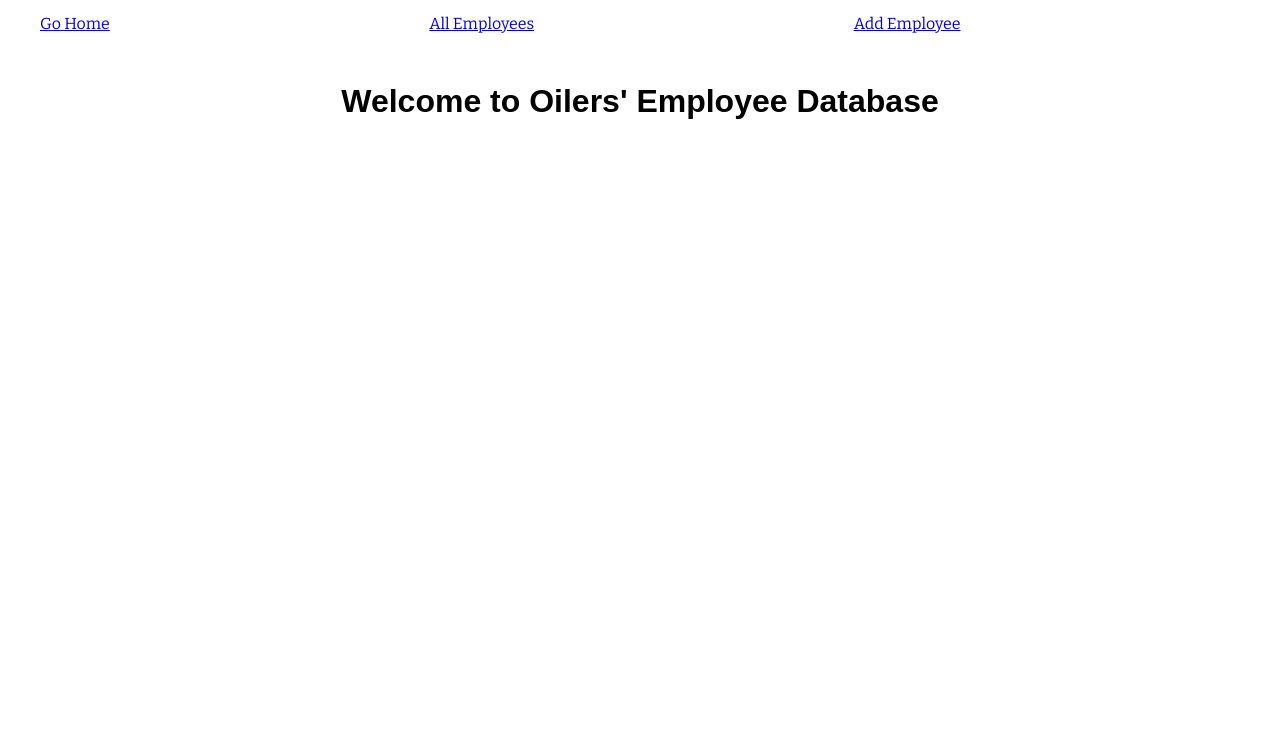
Repository: rh1456/employee-directory
Page: /
An editor plug-in stored every save of this project. The page is shown before and after the next save, followed by the edit.
The browser window is 1280 px wide. The pictures show the whole page.
The project was rebuilt for these pictures with package versions that can differ from the ones it lists, and the page was loaded fresh each time. Also part of the build but not shown: src/pages/AddEmployee.jsx, src/pages/SingleEmployee.jsx, src/pages/AllEmployees.jsx.

Above is the page before, as saved 2019-12-08 18:23:05.

After the next save:
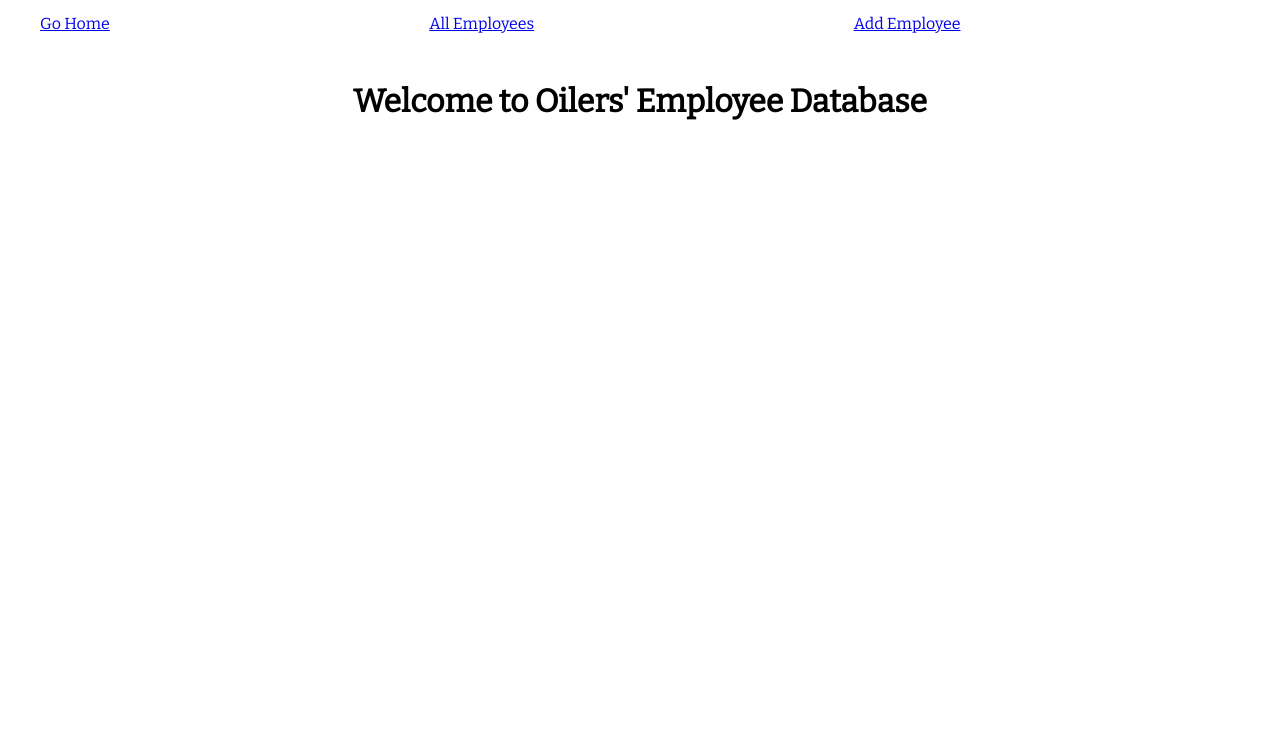
Saved 62 s later.
--- a/src/index.css
+++ b/src/index.css
@@ -1,5 +1,5 @@
 :root {
-  font: 16px / 1 sans-serif;
+  font: 16px / 1 'Bitter', serif;
 }
 
 html {
@@ -18,7 +18,7 @@
 }
 nav li {
   list-style: none;
-  font-family: 'Bitter', serif;
+  ufont-family: 'Bitter', serif;
 }
 .homepage-head {
   display: flex;
